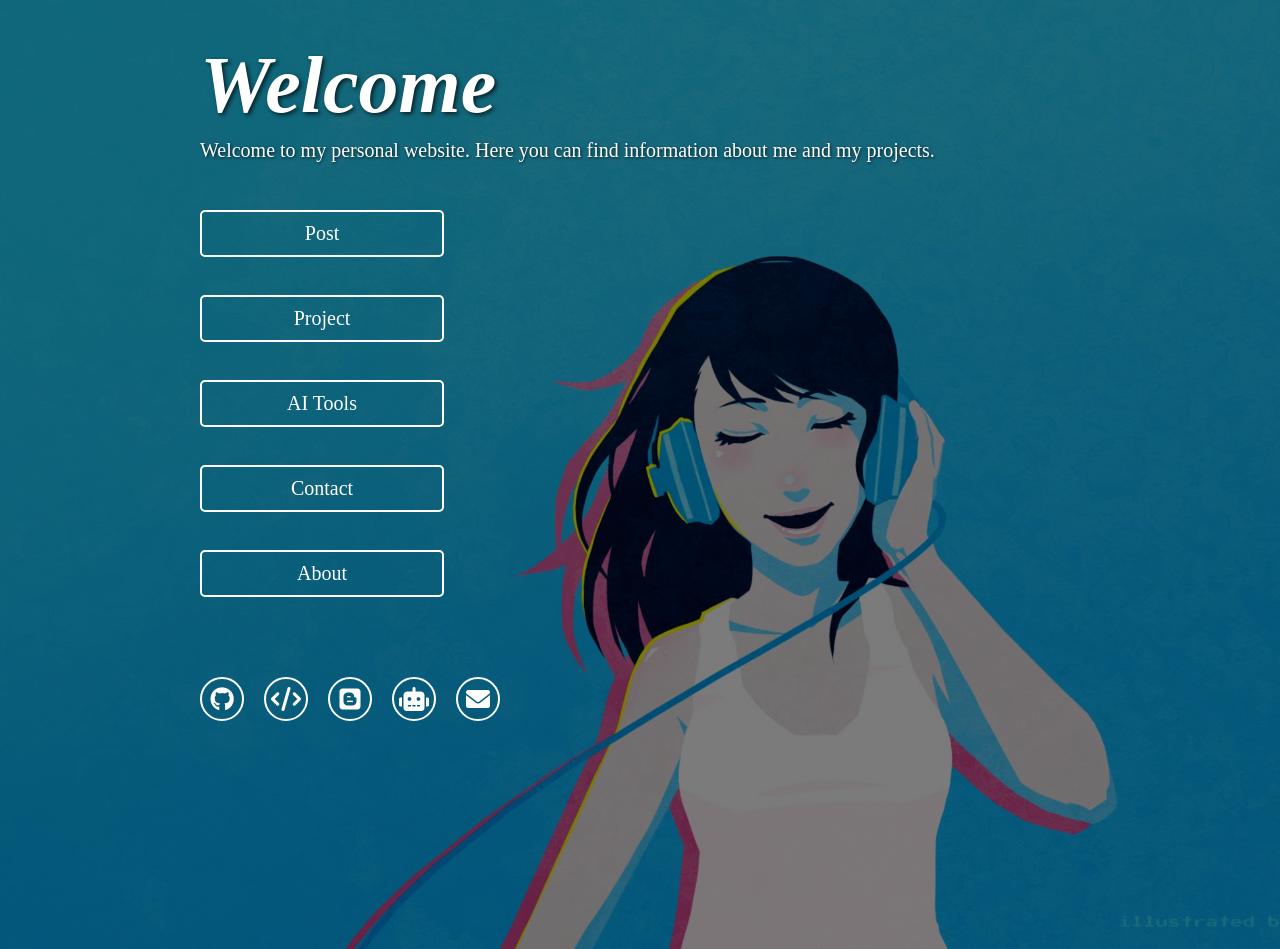
Repository: cydxf/cydxf.github.io
Page: index.html
The author's editor kept a copy of each file at every save. The page is drawn from the files as they stood at one save, then again after the next save.
The browser window is 1280 px wide. The pictures show the whole page.

Above is the page before, as saved 2024-08-02 03:59:39.
Not found: your-image-url.jpg

After the next save:
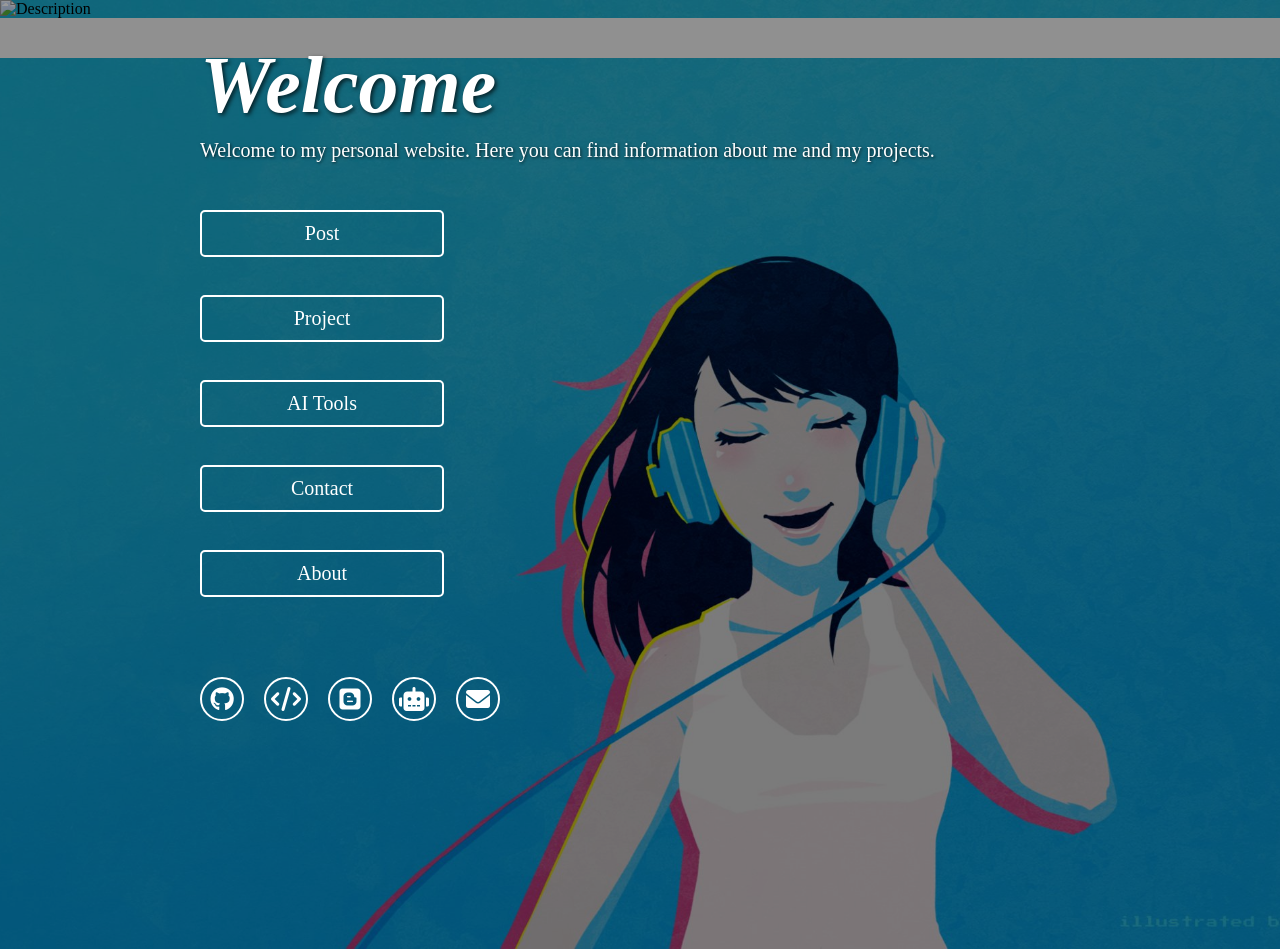
Saved 102 s later.
--- a/css/styles.css
+++ b/css/styles.css
@@ -110,8 +110,20 @@ body, html {
     border-color: #fff; /* Keep border color white on hover */
 }
 
+.image-container {
+    position: relative;
+    display: inline-block;
+    width: 100%; /* 根据需要调整宽度 */
+}
+
+.image-container img {
+    display: block;
+    width: 100%; /* 根据需要调整图片的大小 */
+    height: auto;
+}
+
 .gray-background {
-    background-color: #f0f0f0; /* 你可以根据需要调整颜色 */
-    padding: 20px; /* 根据需要调整内边距 */
+    background-color: #f0f0f0; /* 灰色背景色 */
+    padding: 20px; /* 内边距，调整内容的间距 */
     text-align: center; /* 可选，调整内容的对齐方式 */
 }
